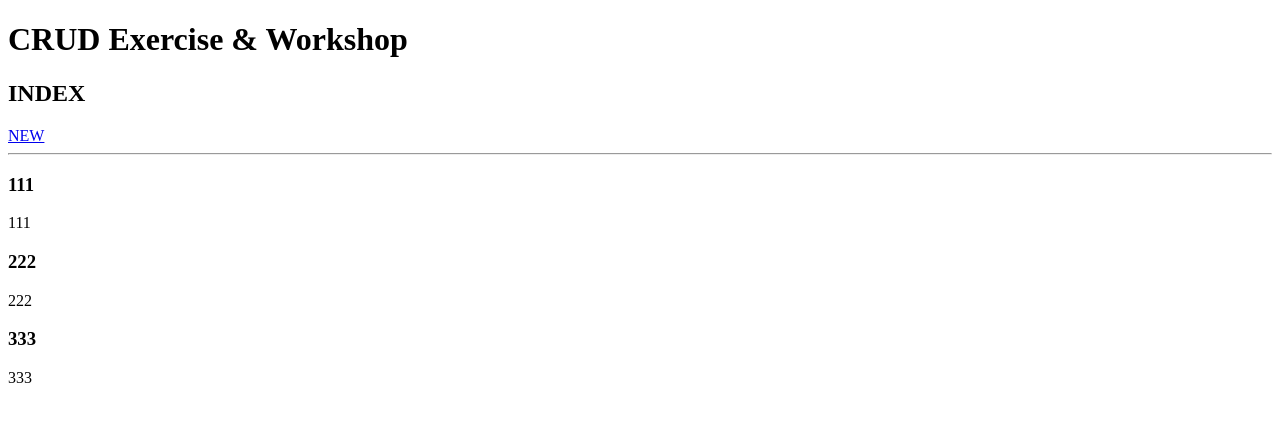
Repository: ansigyeong/lectures-Django
Page: http://localhost/articles/
The author's editor kept a record of every edit. The page is drawn from the files as they stood at one moment, then again after the next edit.
The browser window is 1280 px wide. The pictures show the whole page.
The page is served by the project's application, run on Django 2.2 (practice/0406/exercise/crud/manage.py). The page reads the database file committed with the project.

Above is the page before.

After the next edit:
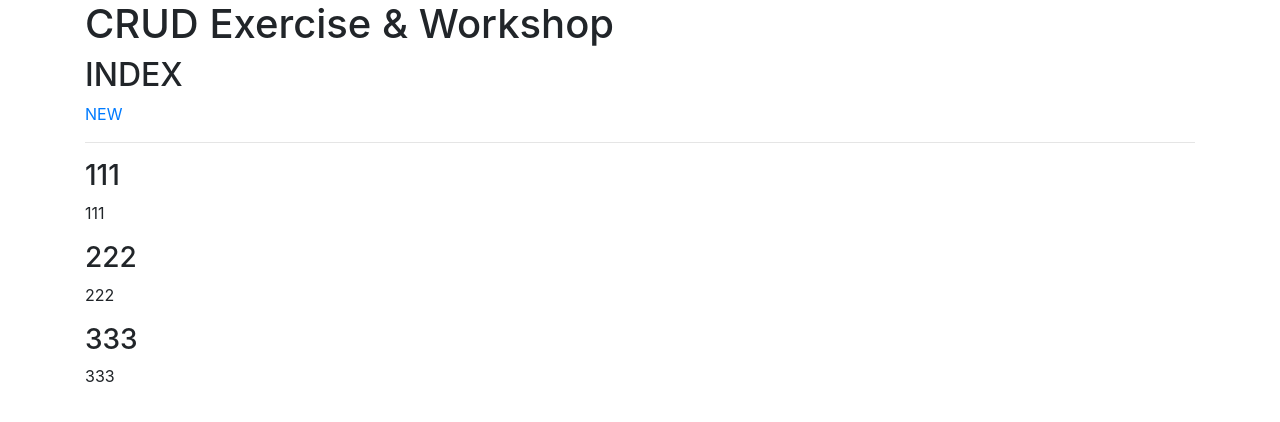
The edit:
--- a/practice/0406/exercise/crud/templates/base.html
+++ b/practice/0406/exercise/crud/templates/base.html
@@ -4,7 +4,8 @@
     <meta charset="UTF-8">
     <meta name="viewport" content="width=device-width, initial-scale=1.0">
     <meta http-equiv="X-UA-Compatible" content="ie=edge">
-    <title>exercise & workshop</title>
+    <link rel="stylesheet" href="https://stackpath.bootstrapcdn.com/bootstrap/4.4.1/css/bootstrap.min.css" integrity="sha384-Vkoo8x4CGsO3+Hhxv8T/Q5PaXtkKtu6ug5TOeNV6gBiFeWPGFN9MuhOf23Q9Ifjh" crossorigin="anonymous">
+    <title>exericse & workshop</title>
 </head>
 <body>
     <div class="container">
@@ -12,6 +13,7 @@
         {% block content %}
         {% endblock %}
     </div>
+
     <script src="https://code.jquery.com/jquery-3.4.1.slim.min.js" integrity="sha384-J6qa4849blE2+poT4WnyKhv5vZF5SrPo0iEjwBvKU7imGFAV0wwj1yYfoRSJoZ+n" crossorigin="anonymous"></script>
     <script src="https://cdn.jsdelivr.net/npm/popper.js@1.16.0/dist/umd/popper.min.js" integrity="sha384-Q6E9RHvbIyZFJoft+2mJbHaEWldlvI9IOYy5n3zV9zzTtmI3UksdQRVvoxMfooAo" crossorigin="anonymous"></script>
     <script src="https://stackpath.bootstrapcdn.com/bootstrap/4.4.1/js/bootstrap.min.js" integrity="sha384-wfSDF2E50Y2D1uUdj0O3uMBJnjuUD4Ih7YwaYd1iqfktj0Uod8GCExl3Og8ifwB6" crossorigin="anonymous"></script>
